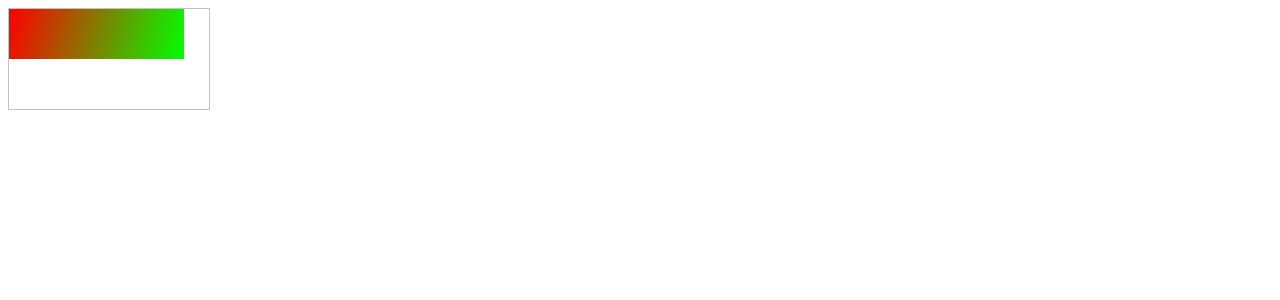
Repository: YukiXueyan/moquWebsite
Page: html/渐变.html
These files come from the project's save history. The page is drawn as it stood at one moment and after the next save; the edit follows.
The browser window is 1280 px wide. The pictures show the whole page.

Above is the page before, as saved 2020-07-05 15:39:54.

### html/渐变.html
<!DOCTYPE HTML>
<html>
<body>

<canvas id="myCanvas" width="200" height="100" style="border:1px solid #c3c3c3;">
Your browser does not support the canvas element.
</canvas>


<script type="text/javascript">

var c=document.getElementById("myCanvas");
var cxt=c.getContext("2d");
var grd=cxt.createLinearGradient(0,0,175,50);
grd.addColorStop(0,"#FF0000");
grd.addColorStop(1,"#00FF00");
cxt.fillStyle=grd;
cxt.fillRect(0,0,175,50);

</script>

</body>
</html>

After the next save:
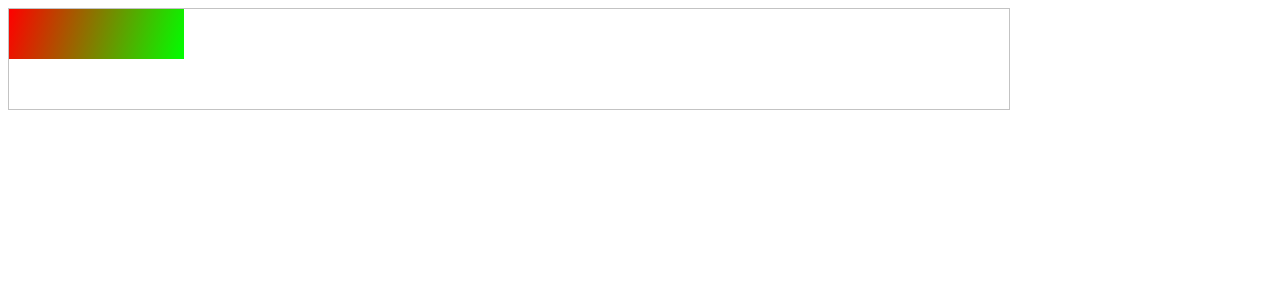
Saved 27 s later.
--- a/html/渐变.html
+++ b/html/渐变.html
@@ -2,7 +2,7 @@
 <html>
 <body>
 
-<canvas id="myCanvas" width="200" height="100" style="border:1px solid #c3c3c3;">
+<canvas id="myCanvas" width="1000" height="100" style="border:1px solid #c3c3c3;">
 Your browser does not support the canvas element.
 </canvas>
 
